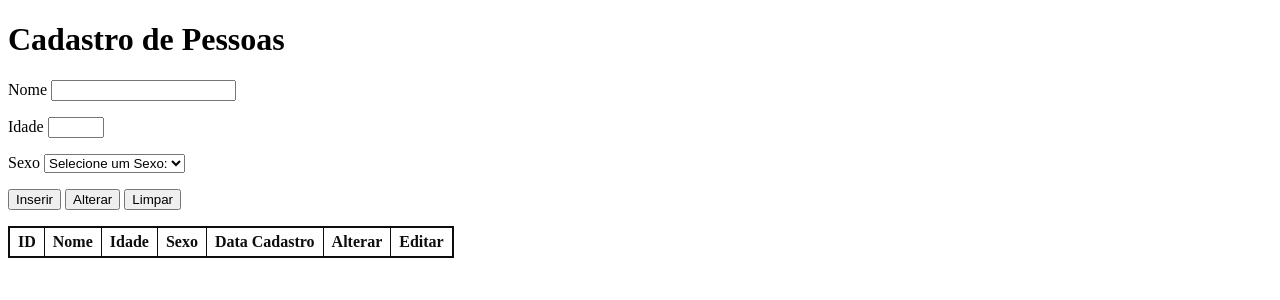
Repository: willisabino/Cadastrar-Pessoas
Page: http://localhost/cadastrarPessoas2/pessoaservlet
The author's editor kept a copy of each file at every save. The page is drawn from the files as they stood at one save, then again after the next save.
The browser window is 1280 px wide. The pictures show the whole page.
The page is served by Tomcat 9. Queries for data that is not in the repository find no rows.

Above is the page before, as saved 2022-05-22 23:27:45.

After the next save:
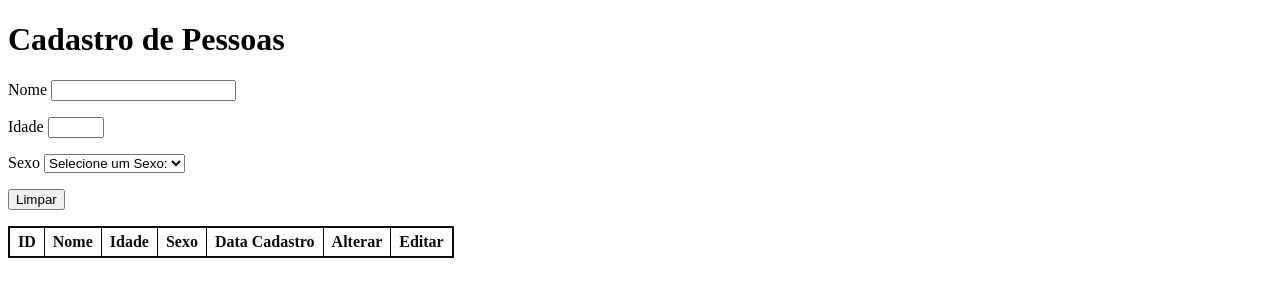
Saved 54 s later.
--- a/cadastrarPessoas2/src/main/webapp/index.jsp
+++ b/cadastrarPessoas2/src/main/webapp/index.jsp
@@ -41,8 +41,8 @@
 			</select>
 		</p>
 		<p>
-			<input type="submit" value="Inserir" name="acao" id="inserir">
-			<input type="submit" value="Alterar" name="acao" id="alterar">
+			<input type="submit" value="Inserir" name="acao" id="inserir" hidden=false>
+			<input type="submit" value="Alterar" name="acao" id="alterar" hidden>
 			<input type="submit" value="Limpar" name="acao" id="limpar">
 		</p>
 	</form>
@@ -68,7 +68,7 @@
 					<td>${ listaPessoas.idade }</td>
 					<td>${ listaPessoas.sexo }</td>
 					<td><fmt:formatDate value="${ listaPessoas.dataCadastro }" pattern="dd/MM/yyy"/></td>
-					<td><a href="alterarCadastro?id=${listaPessoas.id}">O</a></td>
+					<td><a href="alterarCadastro?id=${listaPessoas.id}" onclick= 'bloquear()'>O</a></td>
 					<td><a href="removePessoaServlet?id=${listaPessoas.id}">X</a></td>
 				</tr>
 
